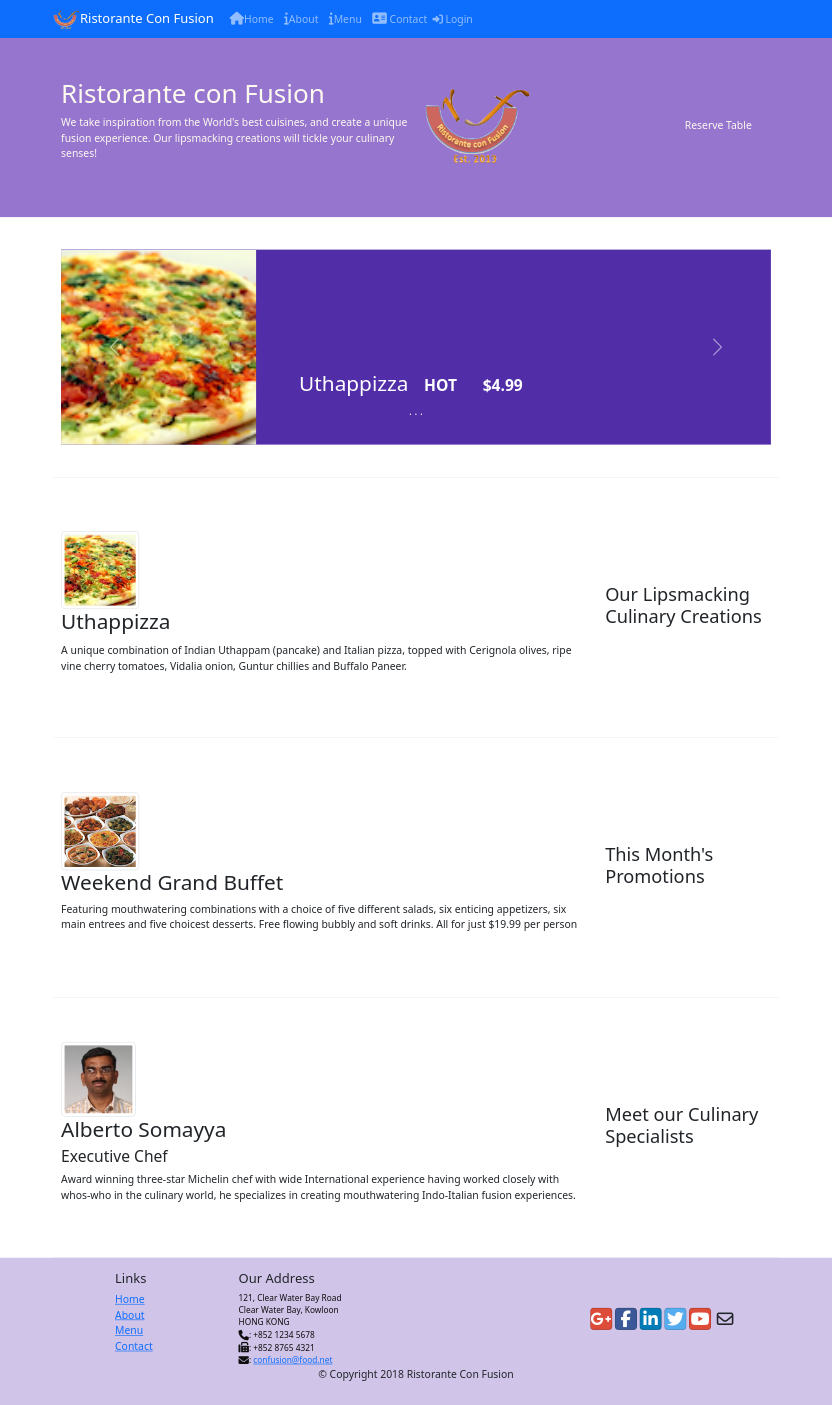
Repository: DungBuiTuan/FER201m
Page: index.html
These files come from the project's save history. The page is drawn as it stood at one moment and after the next save; the edit follows.
The browser window is 1280 px wide. The pictures show the whole page, at 65% of full size.
Some web libraries are served in a nearby version.

Above is the page before, as saved 2023-05-22 23:55:19.

### index.html
<!DOCTYPE html>
<html lang="en">

<head>
  <meta charset="utf-8" />
  <meta name="viewport" content="width=device-width, initial-scale=1, shrink-to-fit=no" />
  <meta http-equiv="x-ua-compatible" content="ie=edge" />
  <!-- Bootstrap CSS -->
  <link rel="stylesheet" href="node_modules/bootstrap/dist/css/bootstrap.min.css" />
  <link rel="stylesheet" href="node_modules/font-awesome/css/font-awesome.min.css">
  <link rel="stylesheet" href="node_modules/bootstrap-social/bootstrap-social.css">
  <link href="css/styles.css" rel="stylesheet" />

  <title>Ristorante Con Fusion</title>
</head>

<body>
  <nav class="navbar navbar-dark navbar-expand-sm bg-primary fixed-top">
    <div class="container">
      <button class="navbar-toggler" type="button" data-toggle="collapse" data-target="#Navbar">
        <span class="navbar-toggler-icon"></span>
      </button>

      <a class="navbar-brand mr-auto" href="#"><img src="img/img/logo.png" height="30" width="41">Ristorante Con
        Fusion</a>
      <div class="collapse navbar-collapse" id="Navbar">
        <ul class="navbar-nav mr-auto">
          <li class="nav-item active"><a class="nav-link" href="./index.html"><span
                class="fa fa-home fa-lg"></span>Home</a></li>
          <li class="nav-item">
            <a class="nav-link" href="./aboutus.html"><span class="fa fa-info fa-lg"></span>About</a>
          </li>
          <li class="nav-item"><a class="nav-link" href="#"><span class="fa fa-info fa-lg"></span>Menu</a></li>
          <li class="nav-item"><a class="nav-link" href="contactus.html"><span class="fa fa-address-card fa-lg"></span>
              Contact</a></li>
        </ul>
        <span class="navbar-text">
          <a data-toggle="modal" data-target="#loginModal">
            <span class="fa fa-sign-in"></span> Login</a>
        </span>

      </div>
    </div>
    <div id="loginModal" class="modal fade" role="dialog">
      <div class="modal-dialog modal-lg" role="content">
        <!-- Modal content-->
        <div class="modal-content">
          <div class="modal-header">
            <h4 class="modal-title">Login </h4>
            <button type="button" class="close" data-dismiss="modal">&times;</button>
          </div>
          <div class="modal-body">
            <form>
              <div class="form-row">
                <div class="form-group col-sm-4">
                  <label class="sr-only" for="exampleInputEmail3">Email address</label>
                  <input type="email" class="form-control form-control-sm mr-1" id="exampleInputEmail3"
                    placeholder="Enter email">
                </div>
                <div class="form-group col-sm-4">
                  <label class="sr-only" for="exampleInputPassword3">Password</label>
                  <input type="password" class="form-control form-control-sm mr-1" id="exampleInputPassword3"
                    placeholder="Password">
                </div>
                <div class="col-sm-auto">
                  <div class="form-check">
                    <input class="form-check-input" type="checkbox">
                    <label class="form-check-label"> Remember me
                    </label>
                  </div>
                </div>
              </div>
              <div class="form-row">
                <button type="button" class="btn btn-secondary btn-sm ml-auto" data-dismiss="modal">Cancel</button>
                <button type="submit" class="btn btn-primary btn-sm ml-1">Sign in</button>
              </div>
            </form>
          </div>
        </div>
      </div>
    </div>

  </nav>

  <header class="jumbotron">
    <div class="container">
      <div class="row row-header">
        <div class="col-12 col-sm-6">
          <h1>Ristorante con Fusion</h1>
          <p>
            We take inspiration from the World's best cuisines, and create a
            unique fusion experience. Our lipsmacking creations will tickle
            your culinary senses!
          </p>
        </div>
        <div class="col-12 col-sm-4 align-self-center">
          <img src="img/img/logo.png" class="img-fluid">
        </div>
        <div class="col-12 col-sm-2 align-self-center">
          <a role="button" class="btn btn-block nav-link btn-warning" data-toggle="tooltip" data-html="true"
            title="Or Call us at  <br><strong>+852 12345678</strong>" data-placement="bottom"
            href="#reserveform">Reserve Table</a>
        </div>

      </div>
    </div>
  </header>

  <div class="container">
    <div class="row row-content">
      <div class="col">
        <div id="mycarousel" class="carousel slide" data-ride="carousel">
          <div class="carousel-inner" role="listbox">
            <div class="carousel-item active">
              <a class="carousel-control-prev" href="#mycarousel" role="button" data-slide="prev">
                <span class="carousel-control-prev-icon"></span>
              </a>
              <a class="carousel-control-next" href="#mycarousel" role="button" data-slide="next">
                <span class="carousel-control-next-icon"></span>
              </a>

              <img class="d-block img-fluid" src="img/img/uthappizza.png" alt="Uthappizza">
              <div class="carousel-caption d-none d-md-block">
                <h2>Uthappizza
                  <span class="badge badge-danger">HOT</span>
                  <span class="badge badge-pill badge-default">$4.99</span>
                </h2>
                . . .
              </div>
            </div>
            <div class="carousel-item">
              <ol class="carousel-indicators">
                <li data-target="#mycarousel" data-slide-to="0" class="active"></li>
                <li data-target="#mycarousel" data-slide-to="1"></li>
                <li data-target="#mycarousel" data-slide-to="2"></li>
              </ol>

            </div>
            <div class="carousel-item">
              <a class="carousel-control-prev" href="#mycarousel" role="button" data-slide="prev">
                <span class="carousel-control-prev-icon"></span>
              </a>
              <a class="carousel-control-next" href="#mycarousel" role="button" data-slide="next">
                <span class="carousel-control-next-icon"></span>
              </a>

            </div>
          </div>

        </div>

      </div>
    </div>

    <div class="row row-content align-items-center">
      <div class="col col-sm col-md">
        <div class="media">
          <img class="d-flex mr-3 img-thumbnail align-self-center" src="img/img/uthappizza.png" alt="Uthappizza">
          <div class="media-body">
            <h2 class="mt-0"></span>Uthappizza<span class="badge badge-danger">HOT</span><span
                class="badge badge-pill badge-secondary">$4.99</span></h2>
            <p class="d-none d-sm-block">A unique combination of Indian Uthappam (pancake) and
              Italian pizza, topped with Cerignola olives, ripe vine
              cherry tomatoes, Vidalia onion, Guntur chillies and
              Buffalo Paneer.</p>
          </div>
        </div>

      </div>
      <div class="col-12 col-sm-4 col-md-3">
        <h3>Our Lipsmacking Culinary Creations</h3>
      </div>
    </div>

    <div class="row row-content align-items-center">
      <div class="col col-sm col-md">
        <div class="media">
          <img class="d-flex mr-3 img-thumbnail align-self-center" src="img/img/buffet.png" alt="Alberto Somayya">
          <div class="media-body">
            <h2 class="mt-0">Weekend Grand Buffet</h2>
            <p class="d-none d-sm-block">Featuring mouthwatering combinations with a choice of five different
              salads, six enticing appetizers, six main entrees and five choicest
              desserts. Free flowing bubbly and soft drinks. All for just $19.99
              per person
            </p>
          </div>
        </div>
      </div>
      <div class="col-12 col-sm-4 col-md-3">
        <h3>This Month's Promotions</h3>
      </div>
    </div>

    <div class="row row-content align-items-center">
      <div class="col col-sm col-md">
        <div class="media">
          <img class="d-flex mr-3 img-thumbnail align-self-center" src="img/img/alberto.png" alt="Alberto Somayya">
          <div class="media-body">
            <h2 class="mt-0">Alberto Somayya</h2>
            <h4>Executive Chef</h4>
            <p class="d-none d-sm-block">Award winning three-star Michelin chef with wide
              International experience having worked closely with
              whos-who in the culinary world, he specializes in
              creating mouthwatering Indo-Italian fusion experiences.
            </p>
          </div>
        </div>

      </div>
      <div class="col-12 col-sm-4 col-md-3">
        <h3>Meet our Culinary Specialists</h3>
      </div>
    </div>
  </div>

  <footer class="footer">
    <div class="container">
      <div class="row">
        <div class="col-4 offset-1 col-sm-2">
          <h5>Links</h5>
          <ul class="list-unstyled">
            <li><a href="#">Home</a></li>
            <li><a href="#">About</a></li>
            <li><a href="#">Menu</a></li>
            <li><a href="#">Contact</a></li>
          </ul>
        </div>
        <div class="col-7 col-sm-5">
          <h5>Our Address</h5>
          <address>
            121, Clear Water Bay Road<br />
            Clear Water Bay, Kowloon<br />
            HONG KONG<br />
            <i class="fa fa-phone fa-lg"></i>: +852 1234 5678<br />
            <i class="fa fa-fax fa-lg"></i>: +852 8765 4321<br />
            <i class="fa fa-envelope fa-lg"></i>:
            <a href="mailto:confusion@food.net">confusion@food.net</a>
          </address>
        </div>
        <div class="col-12 col-sm-4 align-self-center">
          <div class="text-center">
            <a class="btn btn-social-icon btn-google" href="http://google.com/+"><i class="fa fa-google-plus"></i></a>
            <a class="btn btn-social-icon btn-facebook" href="http://www.facebook.com/profile.php?id="><i
                class="fa fa-facebook"></i></a>
            <a class="btn btn-social-icon btn-linkedin" href="http://www.linkedin.com/in/"><i
                class="fa fa-linkedin"></i></a>
            <a class="btn btn-social-icon btn-twitter" href="http://twitter.com/"><i class="fa fa-twitter"></i></a>
            <a class="btn btn-social-icon btn-google" href="http://youtube.com/"><i class="fa fa-youtube"></i></a>
            <a class="btn btn-social-icon" href="mailto:"><i class="fa fa-envelope-o"></i></a>
          </div>
        </div>
      </div>
      <div class="row justify-content-center">
        <div class="col-auto">
          <p>© Copyright 2018 Ristorante Con Fusion</p>
        </div>
      </div>
    </div>
  </footer>
  <!-- jQuery first, then Popper.js, then Bootstrap JS. -->
  <script src="node_modules/jquery/dist/jquery.slim.min.js"></script>
  <script src="node_modules/popper.js/dist/umd/popper.min.js"></script>
  <script src="node_modules/bootstrap/dist/js/bootstrap.min.js"></script>
  <script>
    $(document).ready(function () {
      $('[data-toggle="tooltip"]').tooltip();
    });
  </script>

</body>

</html>

### css/styles.css
body{
    padding:50px 0px 0px 0px;
    z-index:0;
}

.navbar-dark {
     background-color: #512DA8;
}

.row-header{
    margin:0px auto;
    padding:0px;
}

.row-content {
    margin:0px auto;
    padding: 50px 0px 50px 0px;
    border-bottom: 1px ridge;
    min-height:400px;
}

.footer{
    background-color: #D1C4E9;
    margin:0px auto;
    padding: 20px 0px 20px 0px;
}

.jumbotron {
    padding:70px 30px 70px 30px;
    margin:0px auto;
    background: #9575CD ;
    color:floralwhite;
}

address{
    font-size:80%;
    margin:0px;
    color:#0f0f0f;
}

.tab-content {
    border-left: 1px solid #ddd;
    border-right: 1px solid #ddd;
    border-bottom: 1px solid #ddd;
    padding: 10px;
}

/* carousel */
.carousel {
    background:#512DA8;
}
.carousel-item {
  height: 300px;
}
.carousel-item img {
    position: absolute;
    top: 0;
    left: 0;
    min-height: 300px;
}

Loaded but not shown: LAB1/bootstrap-social.css (library)

After the next save:
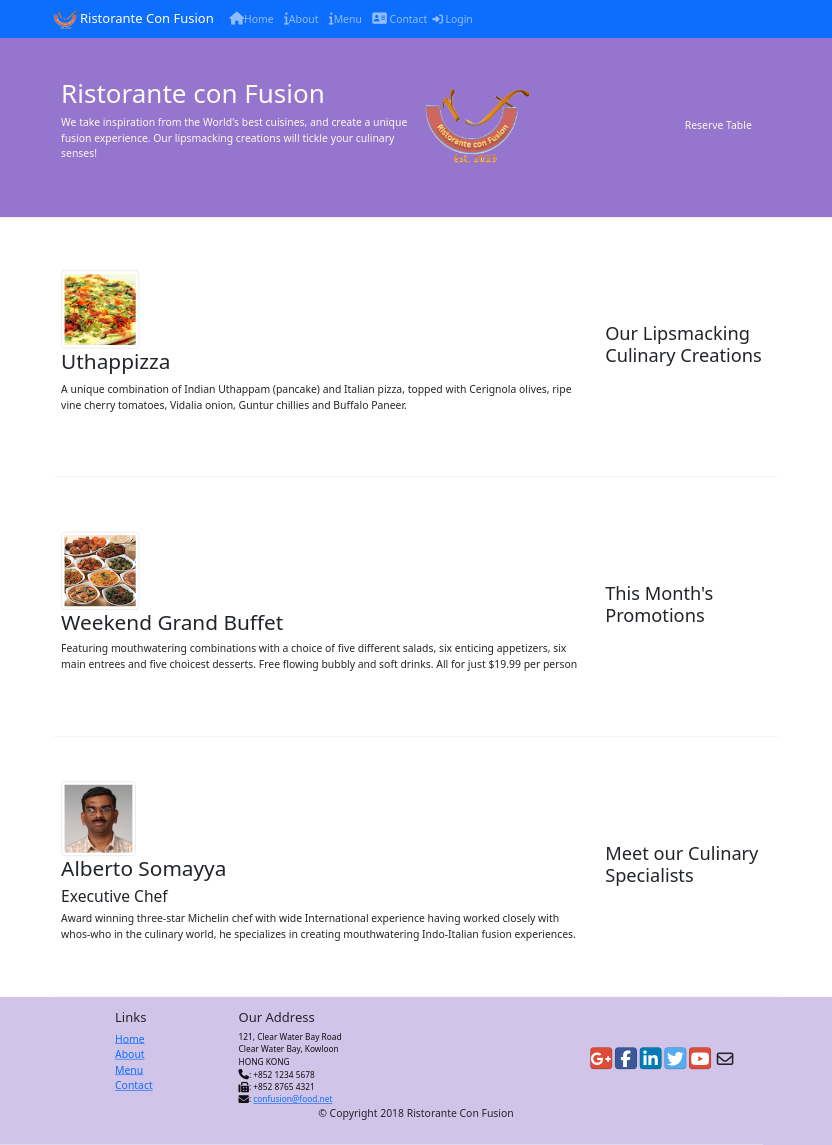
Saved 34 s later.
--- a/index.html
+++ b/index.html
@@ -107,51 +107,6 @@
   </header>
 
   <div class="container">
-    <div class="row row-content">
-      <div class="col">
-        <div id="mycarousel" class="carousel slide" data-ride="carousel">
-          <div class="carousel-inner" role="listbox">
-            <div class="carousel-item active">
-              <a class="carousel-control-prev" href="#mycarousel" role="button" data-slide="prev">
-                <span class="carousel-control-prev-icon"></span>
-              </a>
-              <a class="carousel-control-next" href="#mycarousel" role="button" data-slide="next">
-                <span class="carousel-control-next-icon"></span>
-              </a>
-
-              <img class="d-block img-fluid" src="img/img/uthappizza.png" alt="Uthappizza">
-              <div class="carousel-caption d-none d-md-block">
-                <h2>Uthappizza
-                  <span class="badge badge-danger">HOT</span>
-                  <span class="badge badge-pill badge-default">$4.99</span>
-                </h2>
-                . . .
-              </div>
-            </div>
-            <div class="carousel-item">
-              <ol class="carousel-indicators">
-                <li data-target="#mycarousel" data-slide-to="0" class="active"></li>
-                <li data-target="#mycarousel" data-slide-to="1"></li>
-                <li data-target="#mycarousel" data-slide-to="2"></li>
-              </ol>
-
-            </div>
-            <div class="carousel-item">
-              <a class="carousel-control-prev" href="#mycarousel" role="button" data-slide="prev">
-                <span class="carousel-control-prev-icon"></span>
-              </a>
-              <a class="carousel-control-next" href="#mycarousel" role="button" data-slide="next">
-                <span class="carousel-control-next-icon"></span>
-              </a>
-
-            </div>
-          </div>
-
-        </div>
-
-      </div>
-    </div>
-
     <div class="row row-content align-items-center">
       <div class="col col-sm col-md">
         <div class="media">
